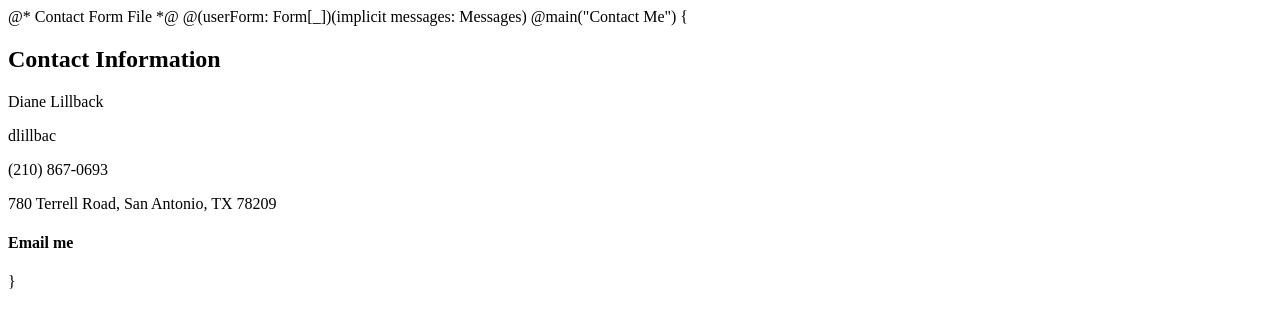
Repository: arthurfeeney/Interior-Design
Page: server/app/views/contact.scala.html
The author's editor kept a copy of each file at every save. The page is drawn from the files as they stood at one save, then again after the next save.
The browser window is 1280 px wide. The pictures show the whole page.

Above is the page before, as saved 2019-03-31 20:01:00.

### server/app/views/contact.scala.html
@* Contact Form File *@
@(userForm: Form[_])(implicit messages: Messages)

@main("Contact Me") {
<h2> Contact Information</h2>
<p>
  Diane Lillback
</p>
<p>
  dlillbac
</p>
<p>
  (210) 867-0693
</p>
<p>
  780 Terrell Road, San Antonio, TX 78209
</p>

<h4> Email me</h4>


}

After the next save:
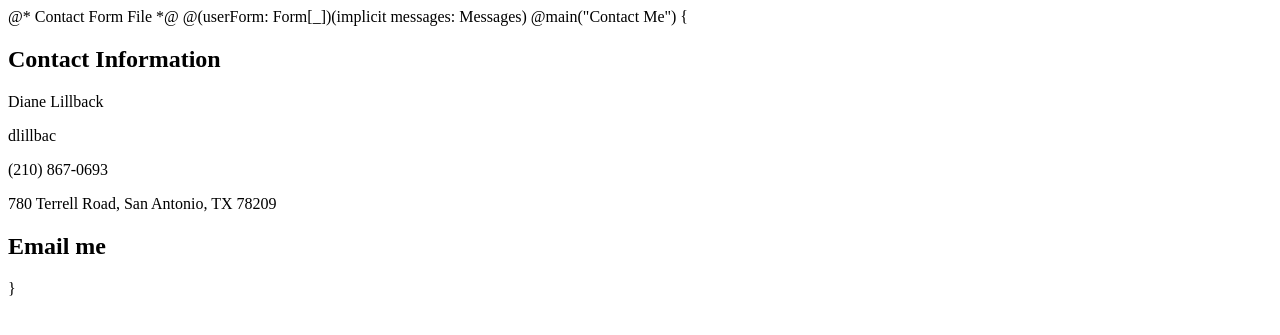
Saved 14 s later.
--- a/server/app/views/contact.scala.html
+++ b/server/app/views/contact.scala.html
@@ -16,7 +16,7 @@
   780 Terrell Road, San Antonio, TX 78209
 </p>
 
-<h4> Email me</h4>
+<h2> Email me</h2>
 
 
 }
